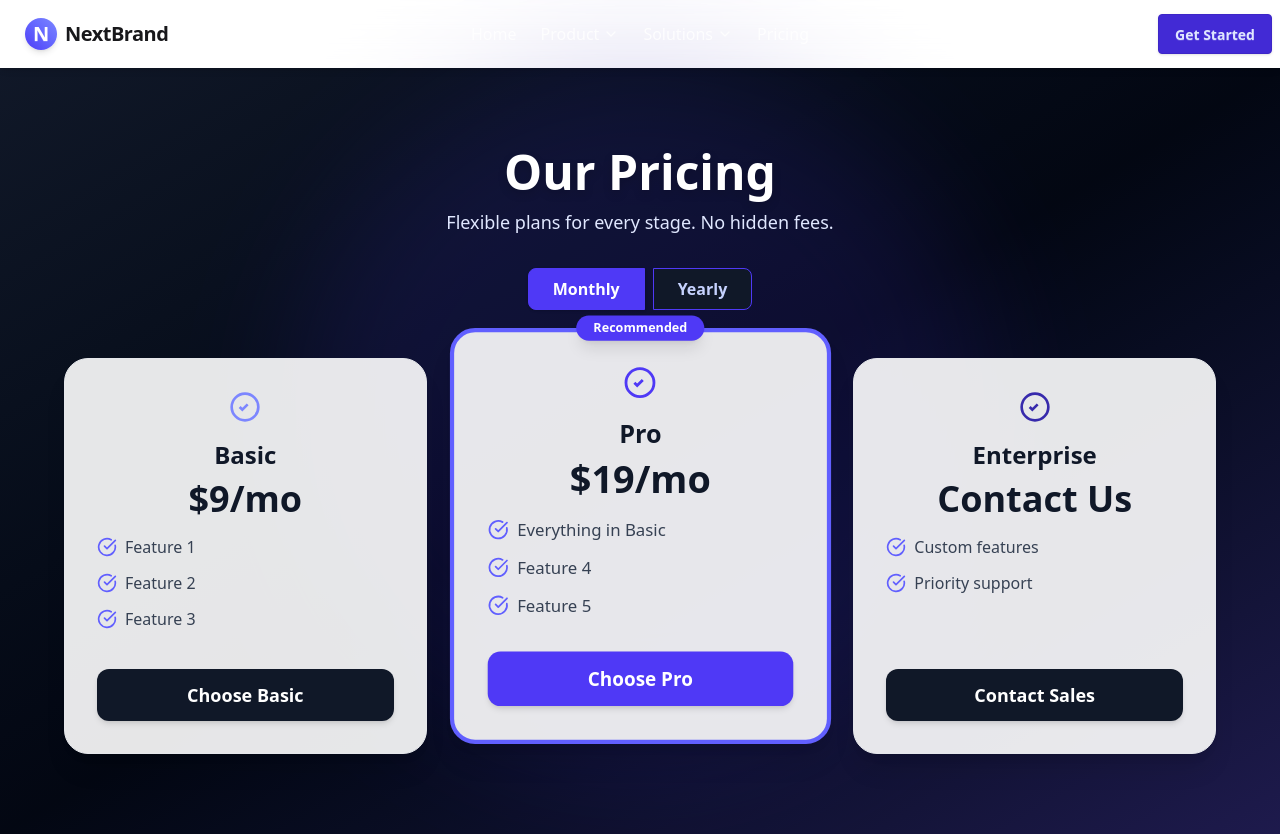
Repository: Chiranshukapil/Next_Brand
Page: /pricing
These files come from the project's save history. The page is drawn as it stood at one moment and after the next save; the edit follows.
The browser window is 1280 px wide. The pictures show the whole page.
The project was rebuilt for these pictures with package versions that can differ from the ones it lists, and the page was loaded fresh each time. Also part of the build but not shown: vite.config.js.

Above is the page before, as saved 2025-06-18 11:43:52.

### index.html
<!doctype html>
<html lang="en">
  <head>
    <meta charset="UTF-8" />
    <link rel="stylesheet" href="src/index.css">
    <meta name="viewport" content="width=device-width, initial-scale=1.0" />
    <title>NavBar</title>
  </head>
  <body classname="scroll-smooth">
    <div id="root"></div>
    <script type="module" src="/src/main.jsx"></script>
  </body>
</html>

### src/App.jsx
import { useState } from 'react'
import { BrowserRouter as Router, Routes, Route } from 'react-router-dom'
import Navbar from './Components/NavBar.jsx'
import PricingSection from './Components/PricingSection.jsx'

function App() {
  return (
    <Router>
      <Navbar />
      <Routes>

        <Route path="/pricing" element={<PricingSection />} />

      </Routes>
    </Router>
  )
}

export default App

### src/Components/NavBar.jsx
import React, { useState } from "react";
import { Link } from "react-router-dom";
import { Menu, X, ChevronDown } from "lucide-react";

// Use route paths in navLinks
const navLinks = [
  { name: "Home", href: "/" },
  {
    name: "Product",
    href: "/product",
    dropdown: [
      { name: "Overview", href: "/product/overview" },
      { name: "Features", href: "/product/features" },
    ],
  },
  {
    name: "Solutions",
    href: "/solutions",
    dropdown: [
      { name: "For Teams", href: "/solutions/teams" },
      { name: "For Individuals", href: "/solutions/individuals" },
    ],
  },
  { name: "Pricing", href: "/pricing" },
];

export default function Navbar() {
  const [menuOpen, setMenuOpen] = useState(false);
  const [dropdownOpen, setDropdownOpen] = useState(null);

  return (
    <nav className="navbar shadow-md sticky top-0 z-50 backdrop-blur-md bg-opacity-90 transition-all duration-300 flex justify-between items-center">

      <div className="navbar-start">
        <Link
          to="/"
          className="btn btn-ghost text-xl font-bold tracking-tight flex items-center gap-2 hover:text-indigo-500 transition-colors"
        >
          <span className="w-8 h-8 bg-gradient-to-tr from-indigo-600 to-indigo-400 rounded-full text-white flex items-center justify-center font-bold shadow-md">
            N
          </span>
          <span>NextBrand</span>
        </Link>
      </div>

      <div className="navbar-center hidden md:flex">
        <ul className="menu menu-horizontal px-1">
          {navLinks.map((link, index) => (
            <li
              key={link.name}
              onMouseEnter={() => setDropdownOpen(index)}
              onMouseLeave={() => setDropdownOpen(null)}
              className="relative"
            >
              {link.dropdown ? (
                <>
                  <Link
                    to={link.href}
                    className="text-base font-medium flex items-center gap-1 cursor-pointer text-white/80 hover:text-indigo-500 transition-colors"
                    aria-haspopup="true"
                    aria-expanded={dropdownOpen === index}
                    onClick={() => setDropdownOpen(null)}
                  >
                    {link.name}
                    <ChevronDown className="h-4 w-4" />
                  </Link>
                  {dropdownOpen === index && (
                    <ul className="absolute top-full left-0 mt-1 bg-gray-200 shadow-lg rounded-box p-2 w-48 z-50 animate-fade-in">
                      {link.dropdown.map((item) => (
                        <li key={item.name}>
                          <Link
                            to={item.href}
                            className="block px-3 py-1 rounded hover:bg-indigo-50 text-gray-800 transition"
                            onClick={() => setDropdownOpen(null)}
                          >
                            {item.name}
                          </Link>
                        </li>
                      ))}
                    </ul>
                  )}
                </>
              ) : (
                <Link
                  to={link.href}
                  className="text-base font-medium text-white/80 hover:text-indigo-500 transition"
                  onClick={() => setDropdownOpen(null)}
                >
                  {link.name}
                </Link>
              )}
            </li>
          ))}
        </ul>
      </div>

      <div className="navbar-end flex items-center">
        <Link
          to="/get-started"
          className="btn btn-primary font-semibold shadow hidden md:inline-flex"
        >
          Get Started
        </Link>
        <button
          aria-label="Toggle menu"
          className="btn btn-ghost md:hidden ml-2"
          onClick={() => setMenuOpen((v) => !v)}
        >
          {menuOpen ? (
            <X className="h-6 w-6 text-indigo-600" />
          ) : (
            <Menu className="h-6 w-6 text-indigo-600" />
          )}
        </button>

        <div
          className={`absolute top-full right-2 left-2 z-40 md:hidden overflow-hidden transition-all duration-300 ease-in-out bg-white rounded-box shadow-lg ${
            menuOpen ? "max-h-96" : "max-h-0"
          }`}
        >
          <ul tabIndex={0} className="menu menu-sm p-2 w-full">
            {navLinks.map((link) => (
              <li key={link.name}>
                {link.dropdown ? (
                  <details>
                    <summary className="text-base cursor-pointer flex items-center justify-between text-gray-800">
                      <Link
                        to={link.href}
                        className="flex items-center gap-1"
                        onClick={() => setMenuOpen(false)}
                      >
                        {link.name}
                      </Link>
                    </summary>
                    <ul className="p-2">
                      {link.dropdown.map((item) => (
                        <li key={item.name}>
                          <Link
                            to={item.href}
                            className="text-base text-gray-800"
                            onClick={() => setMenuOpen(false)}
                          >
                            {item.name}
                          </Link>
                        </li>
                      ))}
                    </ul>
                  </details>
                ) : (
                  <Link
                    to={link.href}
                    className="text-base text-gray-800"
                    onClick={() => setMenuOpen(false)}
                  >
                    {link.name}
                  </Link>
                )}
              </li>
            ))}
            <li className="mt-2">
              <Link
                to="/get-started"
                className="btn btn-primary w-full"
                onClick={() => setMenuOpen(false)}
              >
                Get Started
              </Link>
            </li>
          </ul>
        </div>
      </div>
    </nav>
  );
}

### src/Components/PricingSection.jsx
import { CheckCircle } from "lucide-react";
import { useState } from "react";

const plans = [
  {
    name: "Basic",
    icon: <svg className="w-8 h-8 text-indigo-400" fill="none" stroke="currentColor" strokeWidth="2" viewBox="0 0 24 24"><circle cx="12" cy="12" r="10"/><path d="M8 12l2 2 4-4"/></svg>,
    monthly: 9,
    yearly: 90,
    features: ["Feature 1", "Feature 2", "Feature 3"],
    recommended: false,
  },
  {
    name: "Pro",
    icon: <svg className="w-8 h-8 text-indigo-600" fill="none" stroke="currentColor" strokeWidth="2" viewBox="0 0 24 24"><circle cx="12" cy="12" r="10"/><path d="M8 12l2 2 4-4"/></svg>,
    monthly: 19,
    yearly: 190,
    features: ["Everything in Basic", "Feature 4", "Feature 5"],
    recommended: true,
  },
  {
    name: "Enterprise",
    icon: <svg className="w-8 h-8 text-indigo-800" fill="none" stroke="currentColor" strokeWidth="2" viewBox="0 0 24 24"><circle cx="12" cy="12" r="10"/><path d="M8 12l2 2 4-4"/></svg>,
    monthly: null,
    yearly: null,
    features: ["Custom features", "Priority support"],
    recommended: false,
    contact: true,
  },
];

export default function PricingSection() {
  const [billing, setBilling] = useState("monthly");

  const displayPrice = (plan) => {
    if (plan.contact) return "Contact Us";
    if (billing === "yearly") return `$${plan.yearly}/yr`;
    return `$${plan.monthly}/mo`;
  };

  return (
    <section className="relative py-20 px-4 md:px-0 bg-gradient-to-br from-gray-900 via-gray-950 to-indigo-950 min-h-[100vh]">
      {/* Decorative background shapes */}
      <div className="absolute top-0 left-1/2 -translate-x-1/2 w-[700px] h-[700px] rounded-full bg-indigo-800 opacity-20 blur-3xl pointer-events-none"></div>
      <div className="relative z-10 max-w-6xl mx-auto">
        <h2 className="text-4xl md:text-5xl font-extrabold text-center mb-3 text-white drop-shadow-lg">Our Pricing</h2>
        <p className="text-center text-indigo-100 mb-8 text-lg">Flexible plans for every stage. No hidden fees.</p>
        {/* Billing toggle */}
        <div className="flex justify-center mb-12 gap-2">
          <button
            className={`px-6 py-2 rounded-l-lg font-semibold transition-colors duration-200 border border-indigo-600 focus:outline-none ${
              billing === "monthly"
                ? "bg-indigo-600 text-white shadow"
                : "bg-gray-900 text-indigo-200 hover:bg-indigo-700/20"
            }`}
            onClick={() => setBilling("monthly")}
          >
            Monthly
          </button>
          <button
            className={`px-6 py-2 rounded-r-lg font-semibold transition-colors duration-200 border border-indigo-600 focus:outline-none ${
              billing === "yearly"
                ? "bg-indigo-600 text-white shadow"
                : "bg-gray-900 text-indigo-200 hover:bg-indigo-700/20"
            }`}
            onClick={() => setBilling("yearly")}
          >
            Yearly
          </button>
        </div>
        <div className="grid md:grid-cols-3 gap-8 items-stretch">
          {plans.map((plan, idx) => (
            <div
              key={plan.name}
              className={`relative flex flex-col p-8 rounded-3xl border transition-transform duration-200 bg-white/90 shadow-xl hover:scale-[1.03] ${
                plan.recommended
                  ? "border-4 border-indigo-500 bg-indigo-50 z-20 scale-105 shadow-2xl"
                  : "border-gray-200"
              }`}
              style={plan.recommended ? { top: '-20px' } : {}}
            >
              {plan.recommended && (
                <span className="absolute -top-4 left-1/2 -translate-x-1/2 bg-indigo-600 text-white text-xs px-4 py-1 rounded-full font-semibold shadow-lg z-30">
                  Recommended
                </span>
              )}
              <div className="flex justify-center mb-4">{plan.icon}</div>
              <h3 className="text-2xl font-bold mb-2 text-gray-900 text-center">{plan.name}</h3>
              <div className="text-4xl font-extrabold mb-4 text-center text-gray-900">{displayPrice(plan)}</div>
              <ul className="flex-1 mb-8 space-y-3 text-gray-700">
                {plan.features.map((f) => (
                  <li key={f} className="flex items-center gap-2">
                    <CheckCircle className="w-5 h-5 text-indigo-500" />
                    <span>{f}</span>
                  </li>
                ))}
              </ul>
              <button
                className={`py-3 px-6 rounded-xl font-semibold text-lg transition-all duration-200 shadow-md focus:outline-none ${
                  plan.recommended
                    ? "bg-indigo-600 text-white hover:bg-indigo-700"
                    : "bg-gray-900 text-white hover:bg-indigo-600"
                }`}
              >
                {plan.contact ? "Contact Sales" : `Choose ${plan.name}`}
              </button>
            </div>
          ))}
        </div>
      </div>
    </section>
  );
}

Loaded but not shown: src/index.css (common file); src/main.jsx (common file)

After the next save:
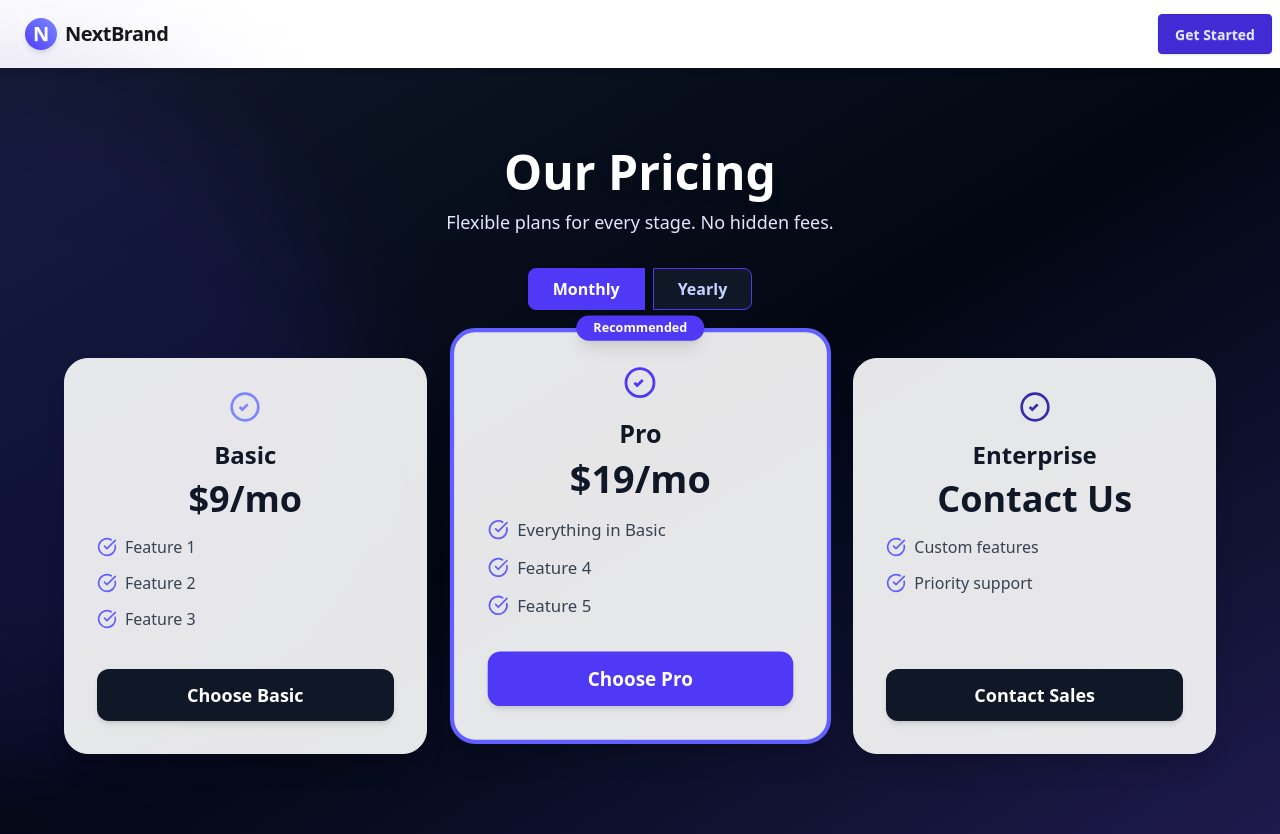
Saved 17 s later.
--- a/src/Components/PricingSection.jsx
+++ b/src/Components/PricingSection.jsx
@@ -41,7 +41,7 @@ export default function PricingSection() {
   return (
     <section className="relative py-20 px-4 md:px-0 bg-gradient-to-br from-gray-900 via-gray-950 to-indigo-950 min-h-[100vh]">
       {/* Decorative background shapes */}
-      <div className="absolute top-0 left-1/2 -translate-x-1/2 w-[700px] h-[700px] rounded-full bg-indigo-800 opacity-20 blur-3xl pointer-events-none"></div>
+      <div className="absolute top-0 left -translate-x-1/2 w-[700px] h-[700px] rounded-full bg-indigo-800 opacity-20 blur-3xl pointer-events-none"></div>
       <div className="relative z-10 max-w-6xl mx-auto">
         <h2 className="text-4xl md:text-5xl font-extrabold text-center mb-3 text-white drop-shadow-lg">Our Pricing</h2>
         <p className="text-center text-indigo-100 mb-8 text-lg">Flexible plans for every stage. No hidden fees.</p>
